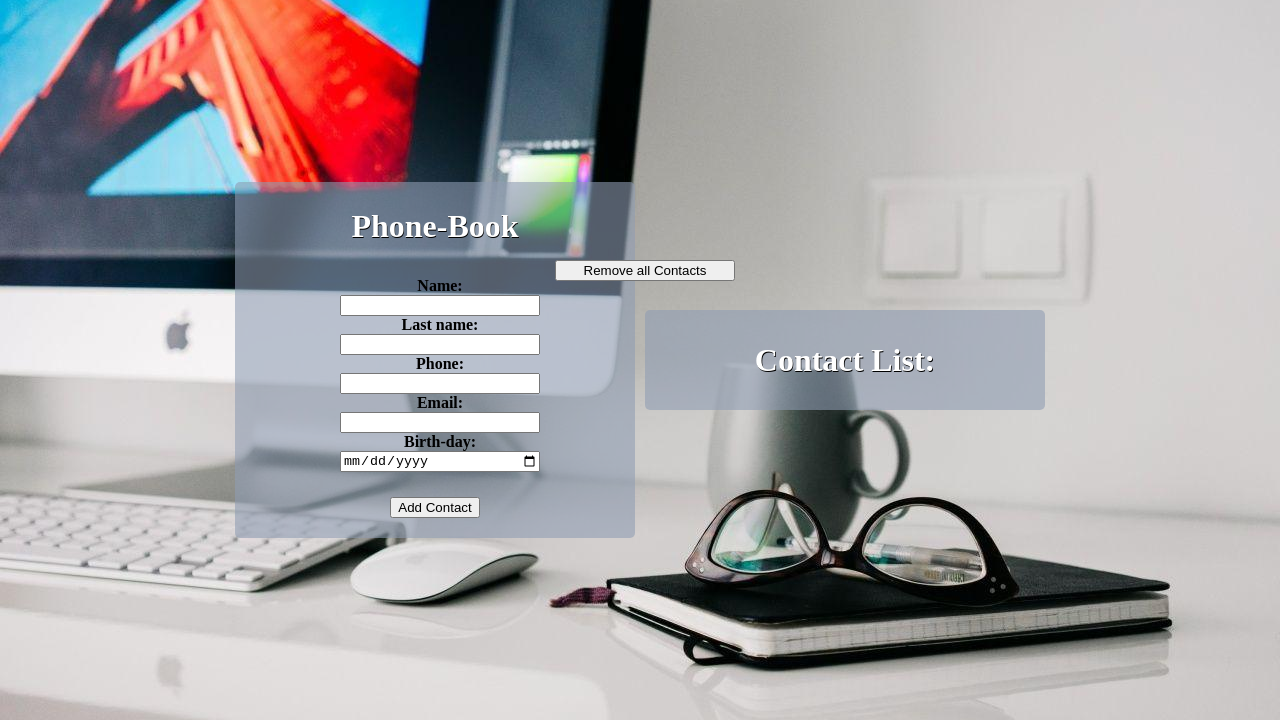
Repository: STA1357/Phone-book
Page: Inner.html
The author's editor kept a copy of each file at every save. The page is drawn from the files as they stood at one save, then again after the next save.
The browser window is 1280 px wide. The pictures show the whole page.

Above is the page before, as saved 2020-12-11 13:31:34.

### Inner.html
<!DOCTYPE html>
<html lang="en">
<head>
    <meta charset="UTF-8">
    <meta name="viewport" content="width=device-width, initial-scale=1.0">
    <title>Phone Book</title>
    <link rel="stylesheet" href="./styles.css">
    <script src="./app.js"></script>
</head>
<body>
    <form action="#" method="POST">

        <header>
            <div class="header-title">
                <h1>Phone-Book</h1>
            </div>
        </header>

        <main>
            <div class="container">
                <label for="name">Name:</label>
                <input type="text" id="nameInput">
                <label for="lname">Last name:</label>
                <input type="text" id="lnameInput">
                <label for="tel">Phone:</label>
                <input type="text" id="telInput" class="tellinput">
                <label for="email">Email:</label>
                <input type="email" id="emailInput">
                <label for="birthname">Birth-day:</label>
                <input type="date" id="birthInput">
            </div>

        </main>

        <div class="btn">
        <button type="submit" id="btnAdd">Add Contact</button>
    </div>
    </form>
<div class="list-container">
    <h2 class="listTitle">Contact List:</h2>
    <ul id="contactsCount"></ul>
    <ul id="users"></ul>
</div>

<div class="clearBook">
    <button id="clearBook" class="clearBook">Remove all Contacts</button>
</div>

</body>
</html>

### styles.css
*{
    box-sizing: border-box;

}

body{
    display: flex;
    flex-direction: row;
    align-items: center;
    justify-content: center;
    min-height: 100vh;
    margin: 0;
    background: url("./wp3990421-office-wallpapers.jpg") no-repeat fixed center center;
    background-size: cover;
}

.header-title{
    color: white;
    text-shadow: 0.5px 0.5px black;
}

form{

    background-color: rgba(144, 156, 179, 0.589);
    width: 400px;
    max-width: 100%;
    margin-right: 10px;
    text-align: center;
    border-radius: 5px;
    position: relative;
}

main{
    margin-left: 25%;
}

.container{
    text-align: center;
    display: block;
    width: 70%;
}

.list-container{
    background-color: rgba(144, 156, 179, 0.589);
    width: 400px;
    max-width: 100%;
    page-break-after: 30px 40px;
    border-radius: 5px;
}

.listTitle{
    color: white;
    text-shadow: 0.7px 0.7px black;
    font-size: 32px;
}

.titleLi{
    color: rgb(190, 14, 14);
    text-shadow: 0.5px 0.5px black;
    font-size: 22px;
}

.infoList{
    color: black;
    font-size: 18px;
}

h2{
    text-align: center;
}

label{
    font-weight: bold;
}

input{
    width: 100%;
}








.btn{
    padding: 20px 0;
}


.selected{
    background-color: skyblue;
    color: black;
    text-shadow: 0.5px 0.5px grey;
}

.deleteBtn::before{
    color: brown;
    content: "delete";
}

.deleteAll::before{
    color: brown;
    content: "delete";
}

div{
    padding: 5px;
}

li{
    font-weight: bold;
    font-style: italic;
}

.clearBook{
    display: block;
    width: 180px;
    position: fixed;
    margin-bottom: 200px;
}

### app.js


window.onload = function() {
    const localKey = 'contactsCollection';
    const form = document.querySelector('form');
    const list = document.getElementById('users');
    const userName = document.getElementById('nameInput');
    const userLname = document.getElementById('lnameInput');
    const userTel = document.getElementById('telInput');
    const userEmail = document.getElementById('emailInput');
    const userBirth = document.getElementById('birthInput');



    let contactsList = getContacts();
    let activeContact = null;

    generateContactList();

    function getContacts() {
        const res = localStorage.getItem(localKey);
        return res ? JSON.parse(res) : [];
    }

    function setToStorage(data) {
        localStorage.setItem(localKey, data);
    }

    function updateContactList(newList) {
        const string = JSON.stringify(newList);
        contactsList = newList;
        setToStorage(string);
        generateContactList();
    }

    function recordContact(newContact) {
        updateContactList([...contactsList, newContact])
    }

    function updateContact(newData) {
        contactsList = contactsList.map(contact => contact.id === newData.id ? newData : contact);
        updateContactList(contactsList);
    }

    function deleteContact(removeId) {
        contactsList = contactsList.filter(({ id }) => id !== removeId);
        updateContactList(contactsList);
    }

    function setActiveContact(id) {
        const contact = document.getElementById(`contact-${id}`);
        contact.classList.toggle('active');
    }

    function generateContactList() {
        console.log(contactsList);
        const fragment = document.createDocumentFragment();
        contactsList.forEach((contact) => {
            const { id, name, lastName, phone, mail, birthDay } = contact;
            const container = document.createElement('div');

            container.onclick = () => setActiveContact(id);
            container.id = `contact-${id}`;
            const title = document.createElement('li');
            title.className = 'titleLi'
            title.innerText = `${name} ${lastName}`;

            const infoList = document.createElement('b');
            infoList.className = 'infoList'
            infoList.innerText = `${phone}
            ${mail}
            ${birthDay}`;
            // phonesList.innerText = phones.join(' ');
            container.appendChild(title);
            container.appendChild(infoList);
            fragment.appendChild(container);

            const deleteBtn = document.createElement('button');
            deleteBtn.className = 'deleteBtn'
            fragment.appendChild(deleteBtn);
            deleteBtn.addEventListener('mousedown', function (e) {
                e.preventDefault();
            })

            deleteBtn.addEventListener('click', function (e) {
                console.log(e);
                container.removeChild(title);
                container.removeChild(infoList);
                deleteBtn.style.display = 'none';


            })

            //const btn = document.createElement('button');
            //btn.onclick = () => !deleteContact(removeId);
            //btn.appendChild(container)
            //window.localStorage.clear();

            container.addEventListener('mousedown', function (e) {
                e.preventDefault();
            })

            container.addEventListener('click', function (e) {
                console.log(e);


                if (e.target == this) {
                    return false;

                }
                if (!e.ctrlKey) {
                    clearSelected(this.children);
                }
                addSelected(e.target);
            })

            function clearSelected(elems) {
                for (let elem of elems) {
                    elem.classList.remove('selected');
                }
            }

            function addSelected(target) {
                target.classList.add('selected');
            }
        });


        list.innerHTML = '';
        list.appendChild(fragment);


    }

    function getId() {
        return '_' + Math.random().toString(36).substr(2, 9);
    };

    form.onsubmit = (event) => {
        event.preventDefault();
        const contact = {
            id: getId(),
            name: userName.value,
            lastName: userLname.value,
            phone: userTel.value,
            mail: userEmail.value,
            birthDay: userBirth.value
        }
        recordContact(contact);
        console.log(contact);
    }



}



function newFunction() {
    return document.getElementById('contactsCount');
}
//function move_up() {
//document.getElementById('list-container').scrollTop += 10;
//}

//function move_down() {
//document.getElementById('list-container').scrollTop -= 10;
//}

// const form = document.querySelector('form')
// const list = document.getElementById('users')
// const userName = document.getElementById('nameInput')
// const userLname = document.getElementById('lnameInput')
// const userTel = document.getElementById('telInput')
// const userEmail = document.getElementById('emailInput')
// const userBirth = document.getElementById('birthInput')
// const entry = document.createElement('li')


// function addUser() {
//     const list = document.getElementById('users')
//     const userName = document.getElementById('nameInput')
//     const userLname = document.getElementById('lnameInput')
//     const userTel = document.getElementById('telInput')
//     const userEmail = document.getElementById('emailInput')
//     const userBirth = document.getElementById('birthInput')
//     const entry = document.createElement('li')
//     entry.appendChild(document.createTextNode(userName.value + ' ' + userLname.value + ' '
//     + userTel.value + ' ' + userEmail.value + ' ' + userBirth.value))
//     list.appendChild(entry)
//     return false

// }

// let bookContacts = [];

// const addContacts = (ev) => {
//     ev.preventDefault();
//     let contact = {
//         name: document.getElementById('nameInput').value,
//         lname: userLname.value,
//         tel: userTel.value,
//         email: userEmail.value,
//         birthday: userBirth.value
//     }
//     bookContacts.push(contact);
//     document.forms[0].reset();
// }
// document.addEventListener('DomContentLoad', () =>{
//     document.getElementById('btnAdd').addEventListener('click',addContacts)
// })
// console.log(bookContacts);




/*class Person{
    constructor(options){
        this.name = options.name
        this.lname = options.lname
        this.tel = options.tel
        this.email = options.email
        this.birthday = options.birthday
    }
}

class User extends Person{
    static type = "User"
}

const user = new User({
    name: "",
    lname: "",
    tel: "",
    email:"",
    birthday:""
})


localStorage.setItem('userInfo', JSON.stringify(user));




const raw = localStorage.getItem('userInfo')
const userInfo = JSON.parse(raw)
userInfo.name = 'Maxim'

console.log(userInfo);*/

After the next save:
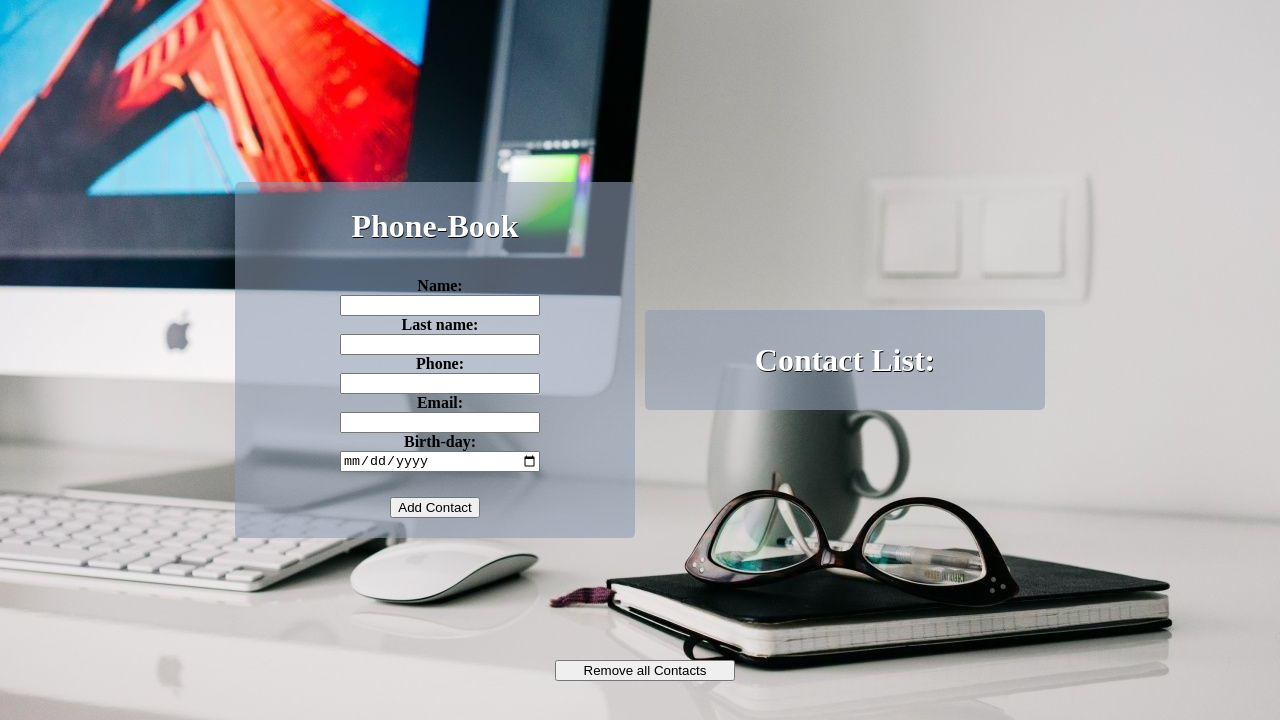
Saved 21 s later.
--- a/styles.css
+++ b/styles.css
@@ -118,5 +118,5 @@ li{
     display: block;
     width: 180px;
     position: fixed;
-    margin-bottom: 200px;
+    margin-top: 200px;
 }
